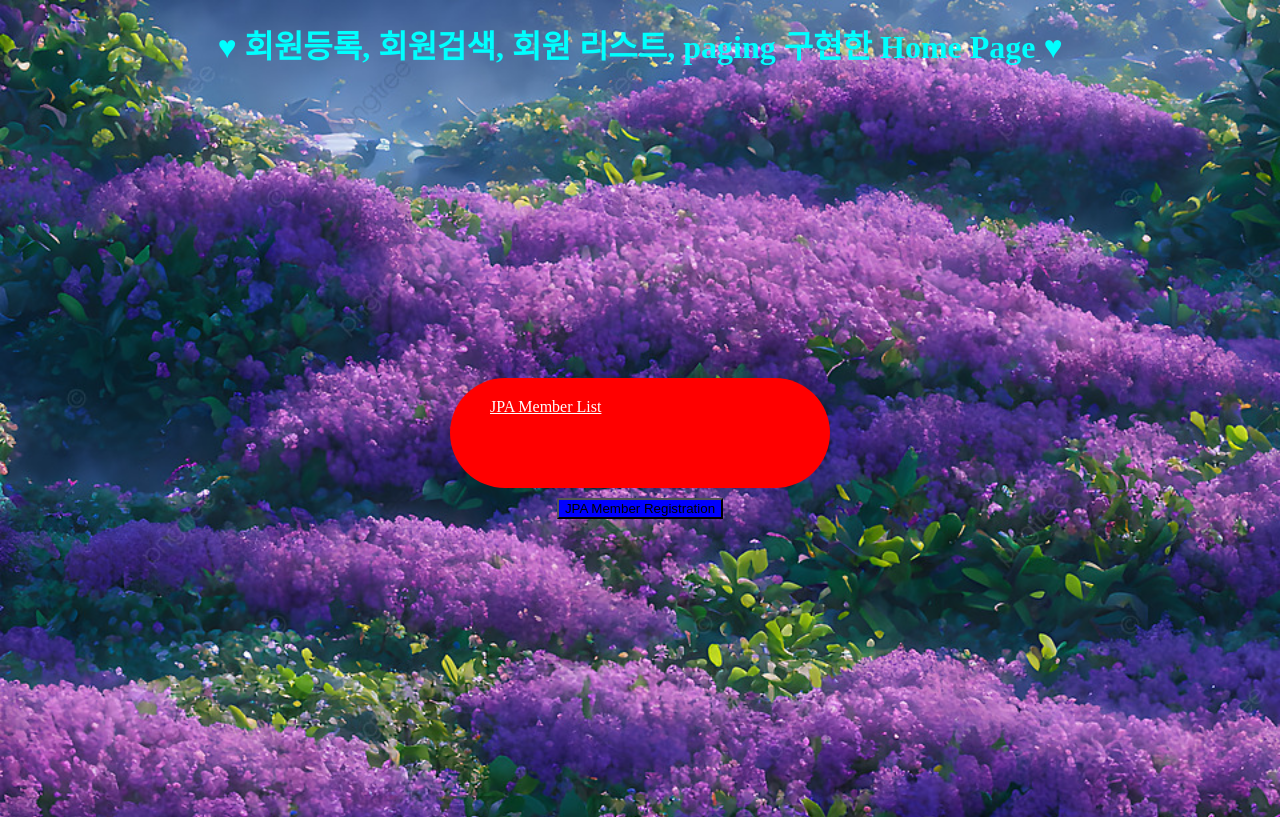
Repository: leejinwon-bite/Gseek-jpa-education
Page: http://localhost/thymeleaf/index
The author's editor kept a copy of each file at every save. The page is drawn from the files as they stood at one save, then again after the next save.
The browser window is 1280 px wide. The pictures show the whole page.
The page is this project's Thymeleaf template; nobody is signed in. The template is opened directly, without the code that normally fills it, so the values that code supplies are empty.

Above is the page before, as saved 2025-02-17 23:20:24.

### jpamember/src/main/resources/templates/thymeleaf/index.html
<!DOCTYPE html>
<html>
<head>
<meta charset="UTF-8">
<title>Insert title here</title>

<style>

 body {
	background: url("./images/purple-flowers.jpg");
	background-size: cover;



 }

 div {
 	display: flex;
 	flex-direction: column;
	justify-content: center;
 	align-items: center;
 	min-height:100vh;
 }


  div > a {
    width: 300px;
    height: 70px;
    background: red;
    color: white;
    border: none;
    padding: 20px 40px;
    border-radius: 100px;
    font-size: 1em;
    cursor: pointer;
    margin-bottom: 10px;

  }

  div > button:nth-child(2) {
    background: blue;
  }

  h1{
  	text-align: center;
  	color: aqua;
  }
</style>

</head>
<body>

  <h1> ♥ 회원등록, 회원검색, 회원 리스트, paging 구현한 Home Page ♥ </h1>


  <div>
    <!-- <button th:onclick="'location.href=\'' + @{jpa/memberList(page=0, size=#{paging.size} )} + '\';'"> -->

    <a th:href="@{jpa/memberList(page=0, size=20)}">
    JPA Member List</a>
    <button onClick="location.href='/jpa/memberWriteForm';">JPA Member Registration</button>
  </div>
</body>
</html>

### jpamember/src/main/resources/messages.properties
# count of record per 1 page.
paging.size = 3

After the next save:
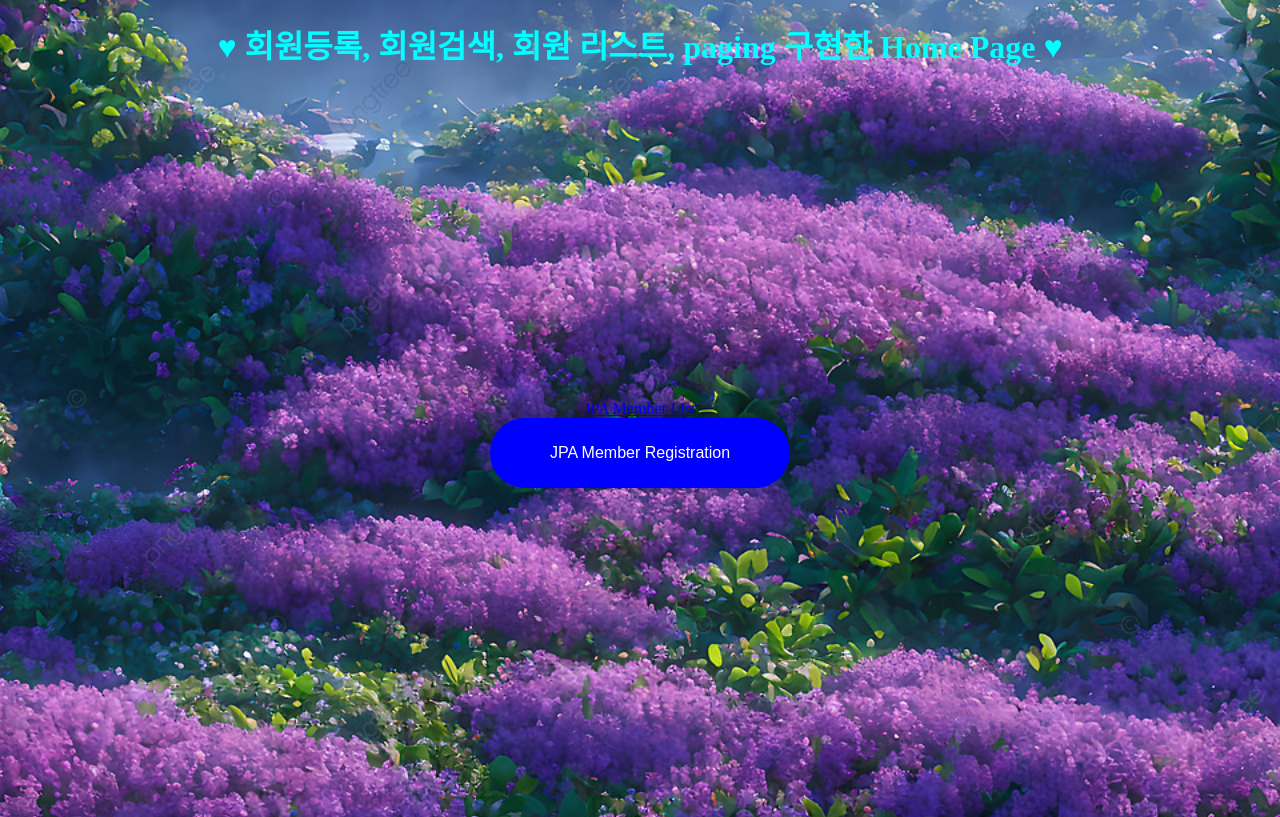
Saved 8 s later.
--- a/jpamember/src/main/resources/templates/thymeleaf/index.html
+++ b/jpamember/src/main/resources/templates/thymeleaf/index.html
@@ -23,7 +23,7 @@
  }
 
 
-  div > a {
+  div > button {
     width: 300px;
     height: 70px;
     background: red;
